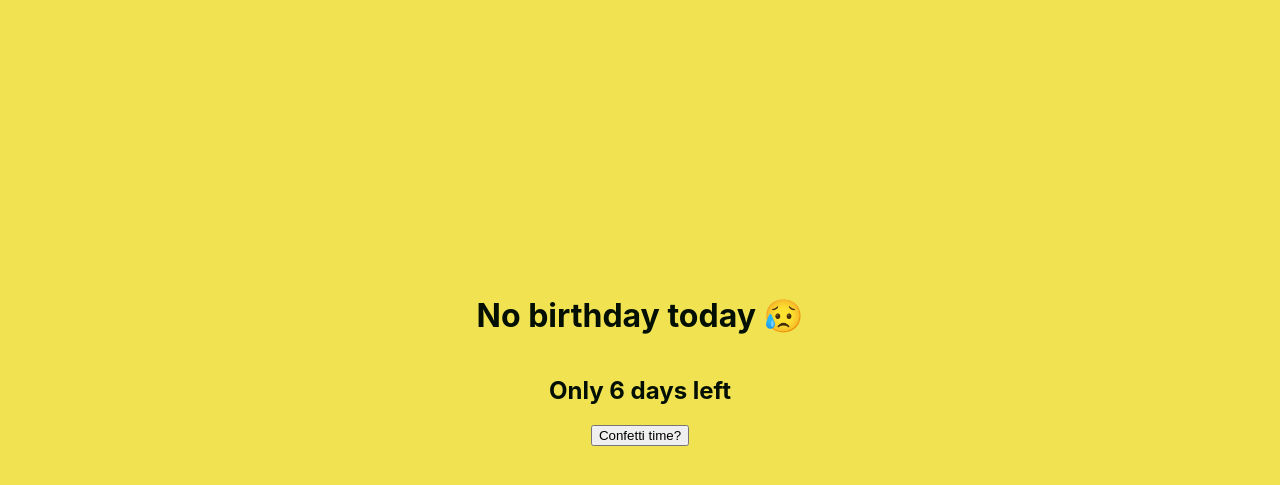
Repository: David-Waite/HannahsBirthdayWebsite
Page: /
These files come from the project's save history. The page is drawn as it stood at one moment and after a run of saves; the edit follows.
The browser window is 1280 px wide. The pictures show the whole page.
The project was rebuilt for these pictures with package versions that can differ from the ones it lists, and the page was loaded fresh each time.

Above is the page before, as saved 2023-03-30 18:16:30.

### src/index.css
body {
  margin: 0;
  font-family: -apple-system, BlinkMacSystemFont, "Segoe UI", "Roboto", "Oxygen",
    "Ubuntu", "Cantarell", "Fira Sans", "Droid Sans", "Helvetica Neue",
    sans-serif;
  -webkit-font-smoothing: antialiased;
  -moz-osx-font-smoothing: grayscale;
}

.App {
  width: 100vw;
  height: 100vh;
  display: flex;
  flex-direction: column;
  align-items: center;
  justify-content: center;
  background-color: rgb(241, 226, 82);
  color: rgb(2, 15, 2);
}

### src/App.js
import "./App.css";

import Confetti from "react-confetti";

import { useState } from "react";

function App() {
  const [confetti, setConfetti] = useState(null);
  const [buttonText, setButtonText] = useState("Confetti time?");
  function isBirthdayToday() {
    const date = new Date();
    if (date.getMonth() === 3 && date.getDate() === 5) {
      return true;
    }
    return false;
  }

  function rainConfetti() {
    if (isBirthdayToday()) {
      setConfetti(true);
      setButtonText("Confetti time!");
    } else {
      setButtonText("no");
    }
  }

  function getDaysUntilBirthday() {
    const date = new Date();
    const hannahBday = new Date(date.getFullYear(), 3, 5);
    const hannahBdayNextYear = new Date(date.getFullYear() + 1, 3, 5);
    const oneDay = 1000 * 60 * 60 * 24;

    let daysUntilBirthday;
    if (hannahBday < date) {
      daysUntilBirthday =
        Math.ceil(hannahBdayNextYear.getTime() - date.getTime()) / oneDay;
    } else {
      daysUntilBirthday =
        Math.ceil(hannahBday.getTime() - date.getTime()) / oneDay;
    }

    return daysUntilBirthday;
  }

  // 5th april
  let birthdayText;
  if (isBirthdayToday()) {
    birthdayText = <h1>Happy birthday!🥳</h1>;
  } else {
    birthdayText = (
      <>
        <h1>No birthday today 😥</h1>
        <h2>Only {Math.ceil(getDaysUntilBirthday())} days left</h2>
      </>
    );
  }
  console.log(isBirthdayToday());
  const date = new Date();

  return (
    <div className="App">
      {confetti && <Confetti />}

      {birthdayText}
      <button onClick={rainConfetti}>{buttonText}</button>
    </div>
  );
}

export default App;

Loaded but not shown: public/index.html (common file); src/index.js (common file); src/reportWebVitals.js (common file); src/App.css (common file)

After the next 2 saves:
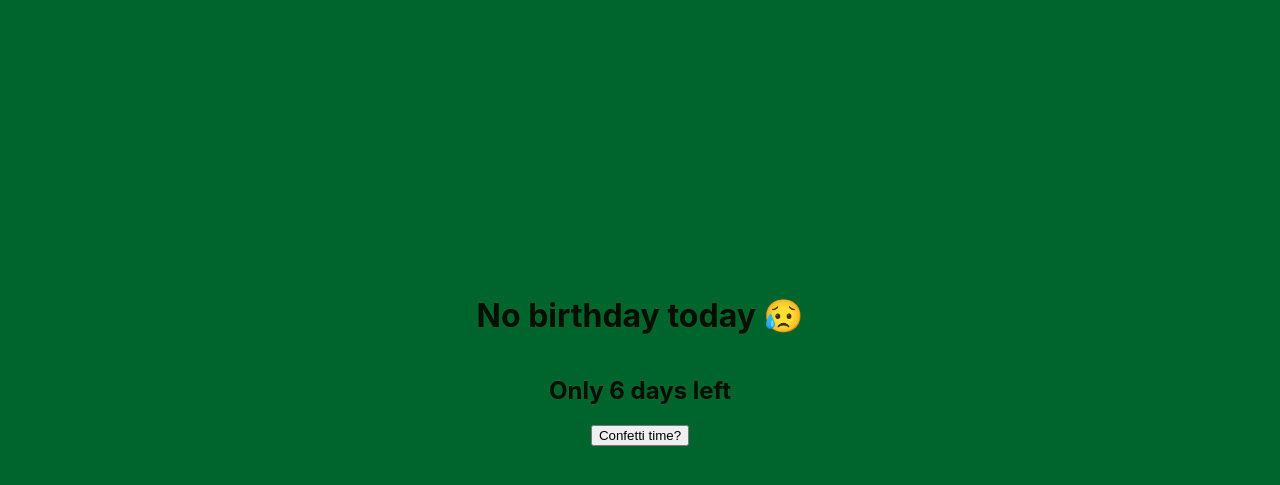
The 2 saves are shown as one change because they came seconds apart.
The last was saved 70 s later.
--- a/src/index.css
+++ b/src/index.css
@@ -14,6 +14,6 @@ body {
   flex-direction: column;
   align-items: center;
   justify-content: center;
-  background-color: rgb(241, 226, 82);
+  background-color: #00642d;
   color: rgb(2, 15, 2);
 }
